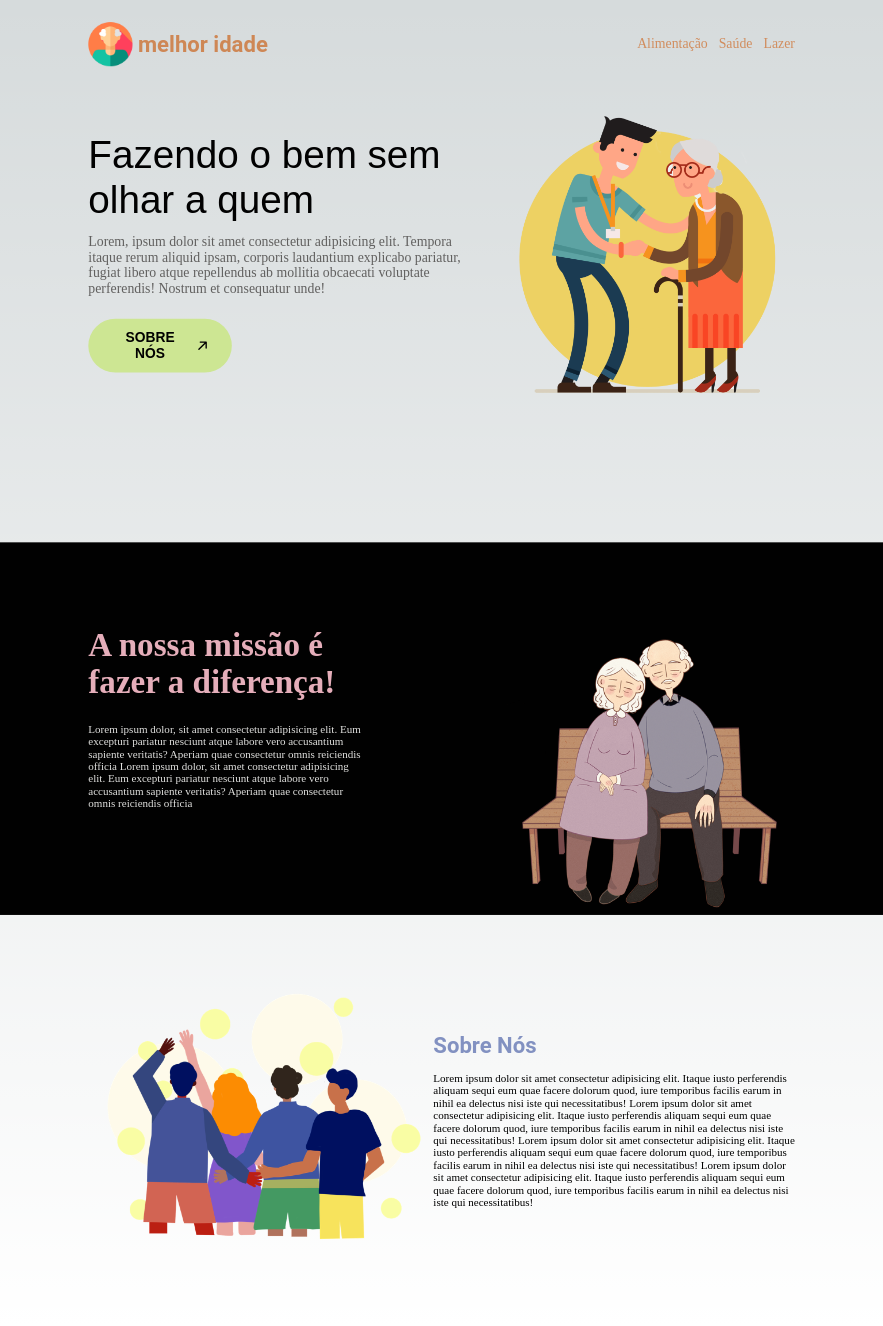
Repository: Giopol12/melhor-idade-online
Page: /index.page
These files come from the project's save history. The page is drawn as it stood at one moment and after the next save; the edit follows.
The browser window is 1280 px wide. The pictures show the whole page, at 69% of full size.
The project was rebuilt for these pictures with package versions that can differ from the ones it lists, and the page was loaded fresh each time. The framework's server and built-in components were replaced by stand-ins that run in the browser. Also part of the build but not shown: next.config.js.

Above is the page before, as saved 2023-11-22 09:07:59.

After the next save:
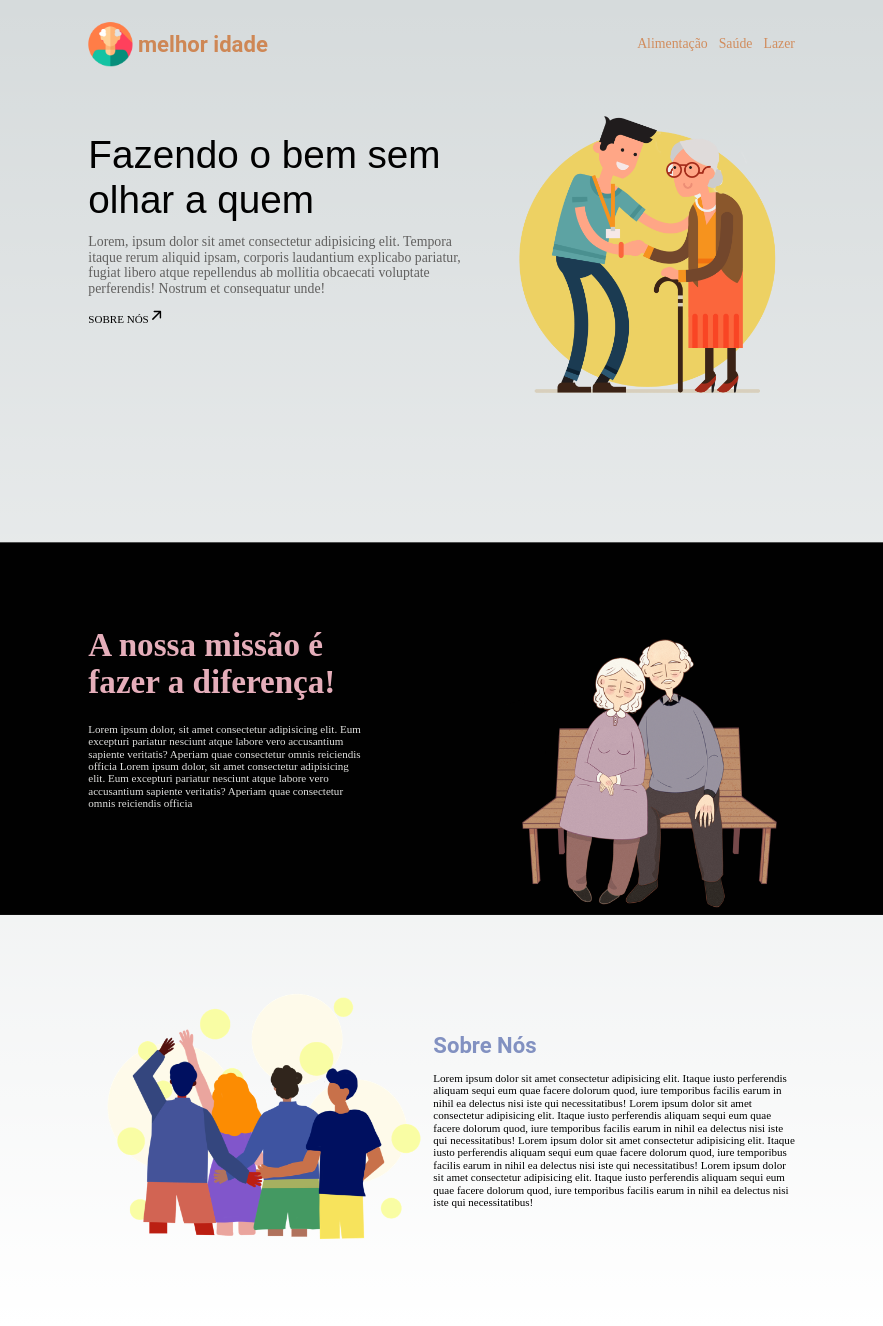
Saved 61 s later.
--- a/src/pages/home/HomeMain/index.tsx
+++ b/src/pages/home/HomeMain/index.tsx
@@ -16,10 +16,11 @@ export function HomeMain() {
           fugiat libero atque repellendus ab mollitia obcaecati voluptate
           perferendis! Nostrum et consequatur unde!
         </p>
-        <button>
-          <Link href={'#about-us'}>SOBRE NÓS</Link>
+
+        <Link href={'#about-us'}>
+          SOBRE NÓS
           <ArrowUpRight size={22} weight="bold" />
-        </button>
+        </Link>
       </ContentContainer>
       <Image src={mainImg} width={450} alt="" />
     </HomeMainContainer>
